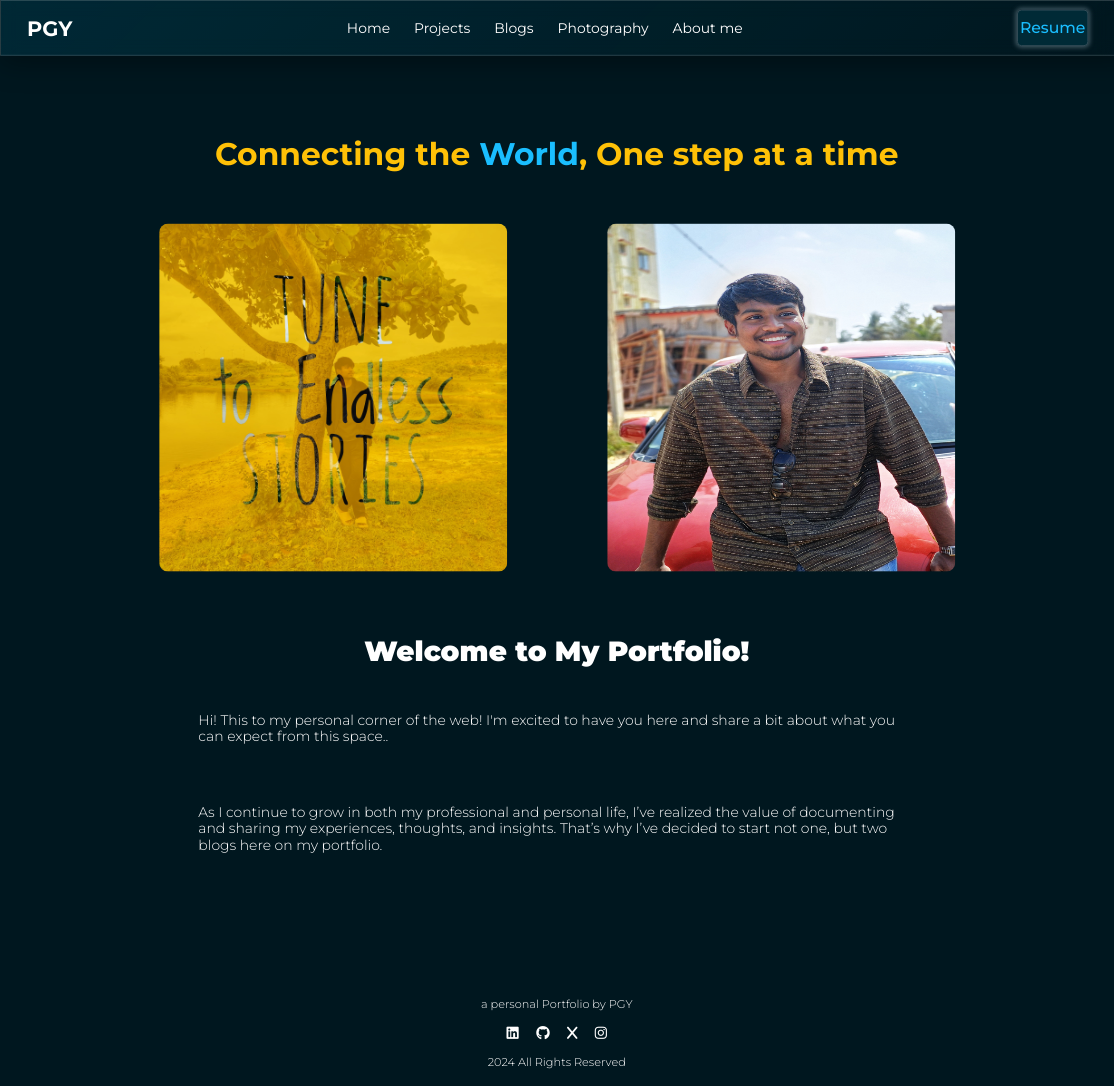
Repository: pgyunknown/pgyunknown
Page: blog.html
An editor plug-in stored every save of this project. The page is shown before and after the next save, followed by the edit.
The browser window is 1280 px wide. The pictures show the whole page, at 87% of full size.
Some web libraries are served in a nearby version.

Above is the page before, as saved 2024-08-14 20:47:30.

After the next save:
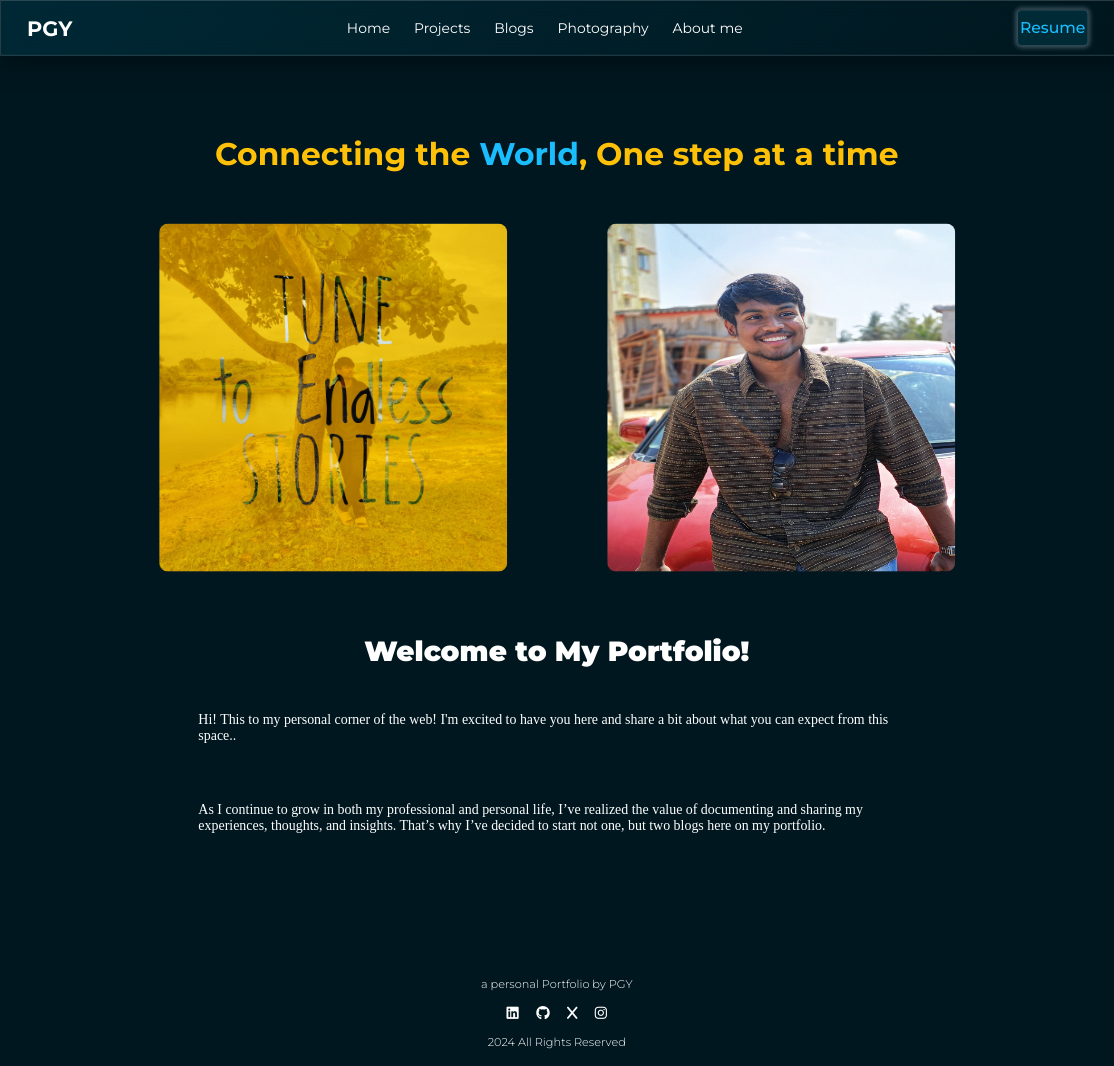
Saved 25 s later.
--- a/blog.css
+++ b/blog.css
@@ -166,6 +166,7 @@ main article{
 
 .blog_intro p{
     padding-top:50px;
+    paddi
     font-family: "Montserrat", sans-serif;
     font-optical-sizing: auto;
     font-size: medium;

After the save that followed:
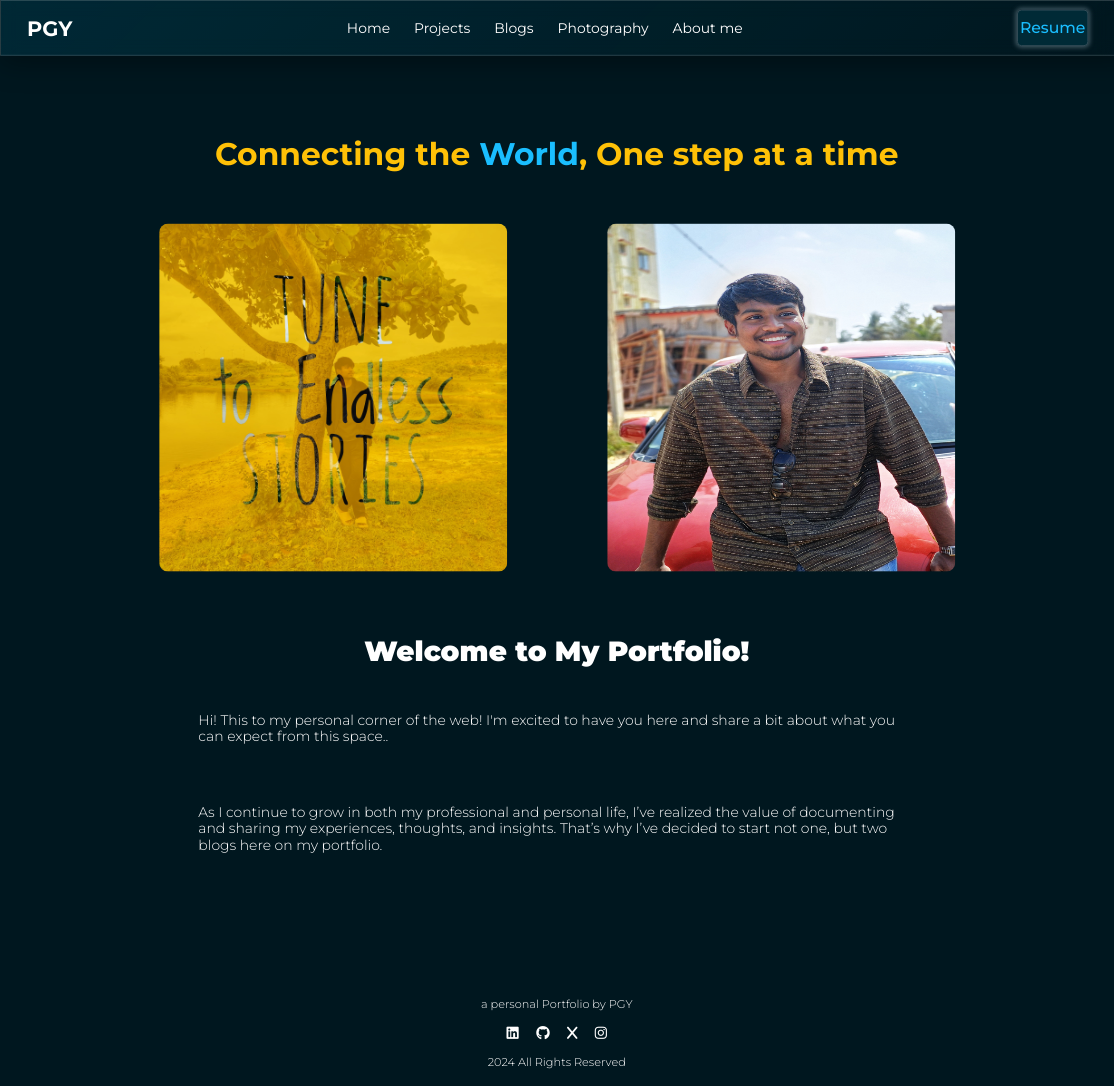
Saved 4 s later.
--- a/blog.css
+++ b/blog.css
@@ -166,7 +166,7 @@ main article{
 
 .blog_intro p{
     padding-top:50px;
-    paddi
+    padding-bottom: ;
     font-family: "Montserrat", sans-serif;
     font-optical-sizing: auto;
     font-size: medium;
